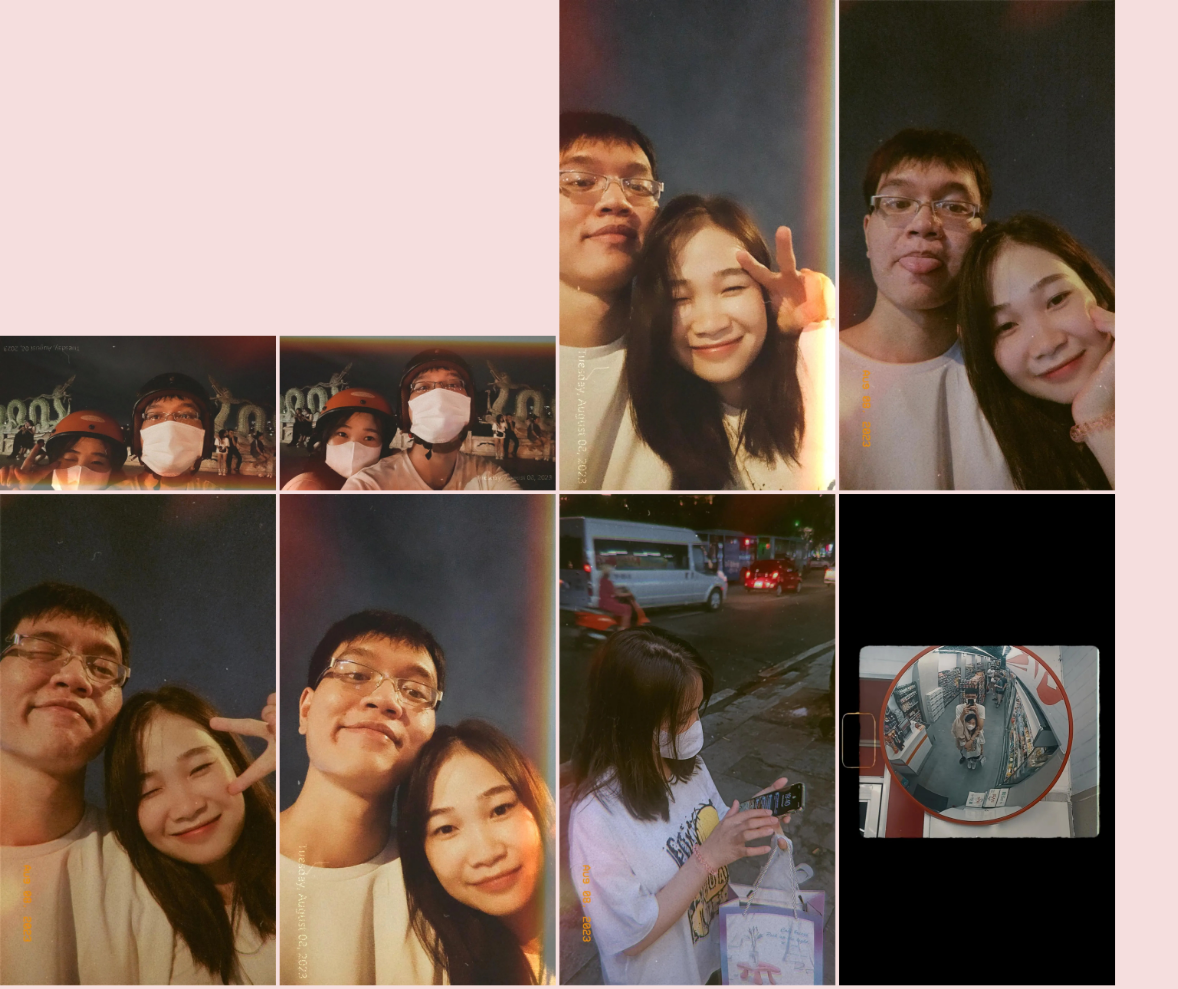
Repository: Hanhanh06/0907
Page: code/0908.html
These files come from the project's save history. The page is drawn as it stood at one moment and after a run of saves; the edit follows.
The browser window is 1280 px wide. The pictures show the whole page, at 92% of full size.

Above is the page before, as saved 2023-08-11 16:25:15.

After the next 2 saves:
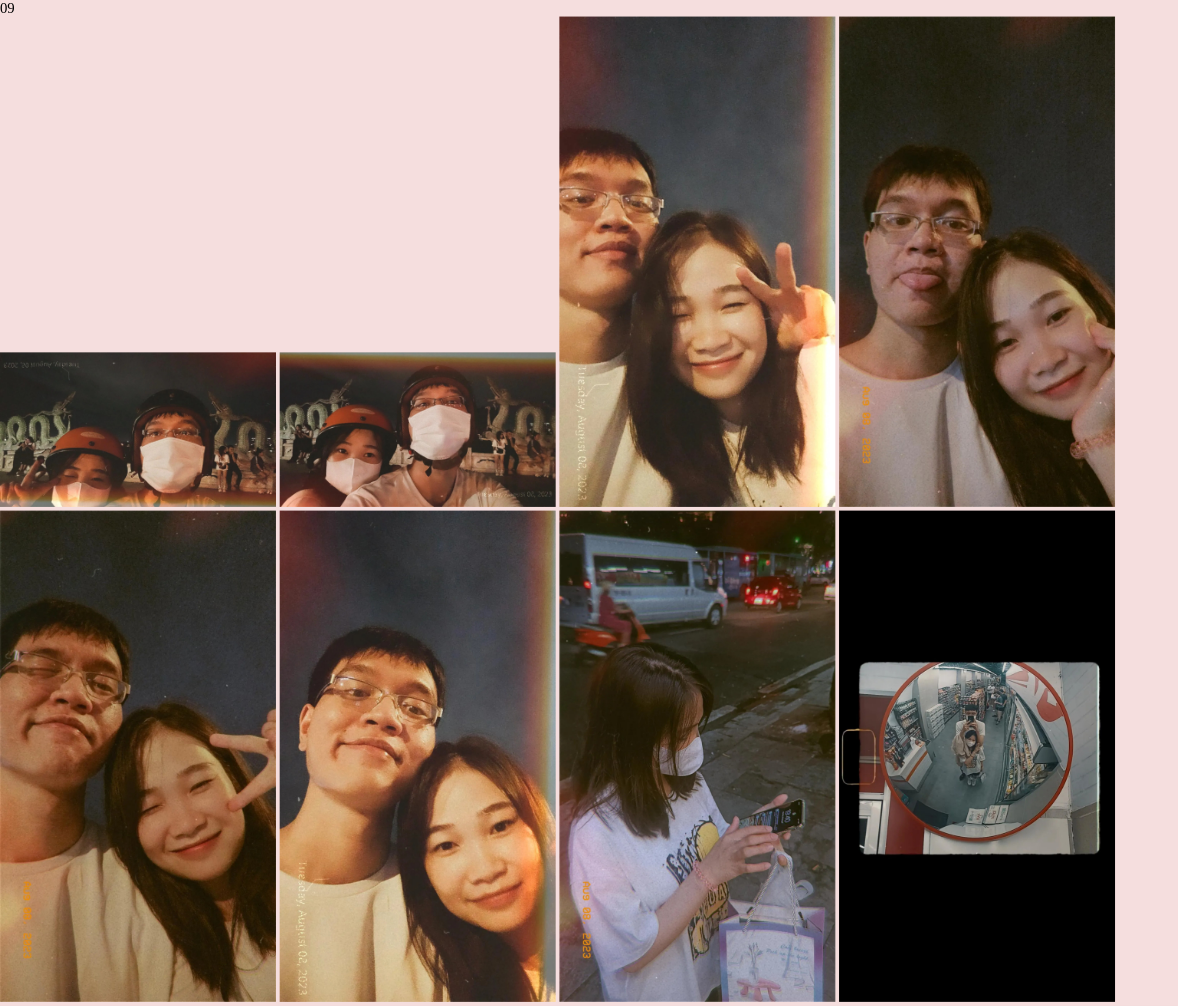
The 2 saves are shown as one change because they came seconds apart.
The last was saved 43 s later.
--- a/code/0908.html
+++ b/code/0908.html
@@ -27,7 +27,7 @@
         </head>
         <body>
 
-          <div> </div>
+          <div> 09</div>
        <img src="001.jpg" alt="Hình ảnh không tồn tại" width="300px" >
        <!-- <p style="color: crimson;font-size: 16px;"> đi Hồ Tây nè! </p> -->
        <img src="002.jpg" alt="Hình ảnh không tồn tại" width="300px">
